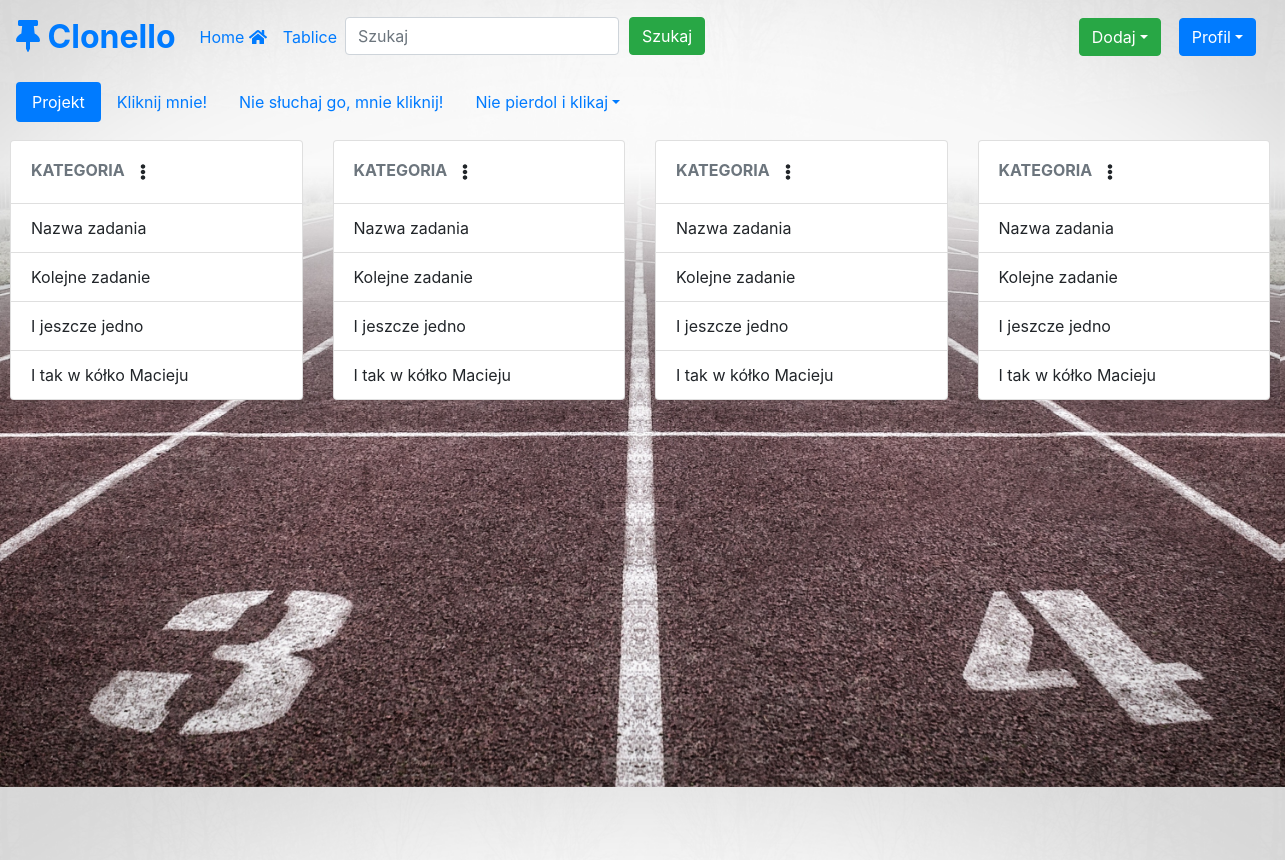
Repository: jnehlt/PAW-lab
Page: / (app in Frontend/clonello/)
An editor plug-in stored every save of this project. The page is shown before and after a run of saves, followed by the edit.
The browser window is 1280 px wide. The page is 1285 px wide, so the pictures cover 1285 px, including what lies to the right of the window. The pictures show the whole page.
The project was rebuilt for these pictures with package versions that can differ from the ones it lists, and the page was loaded fresh each time.

Above is the page before, as saved 2020-04-24 23:15:01.

After the next 2 saves:
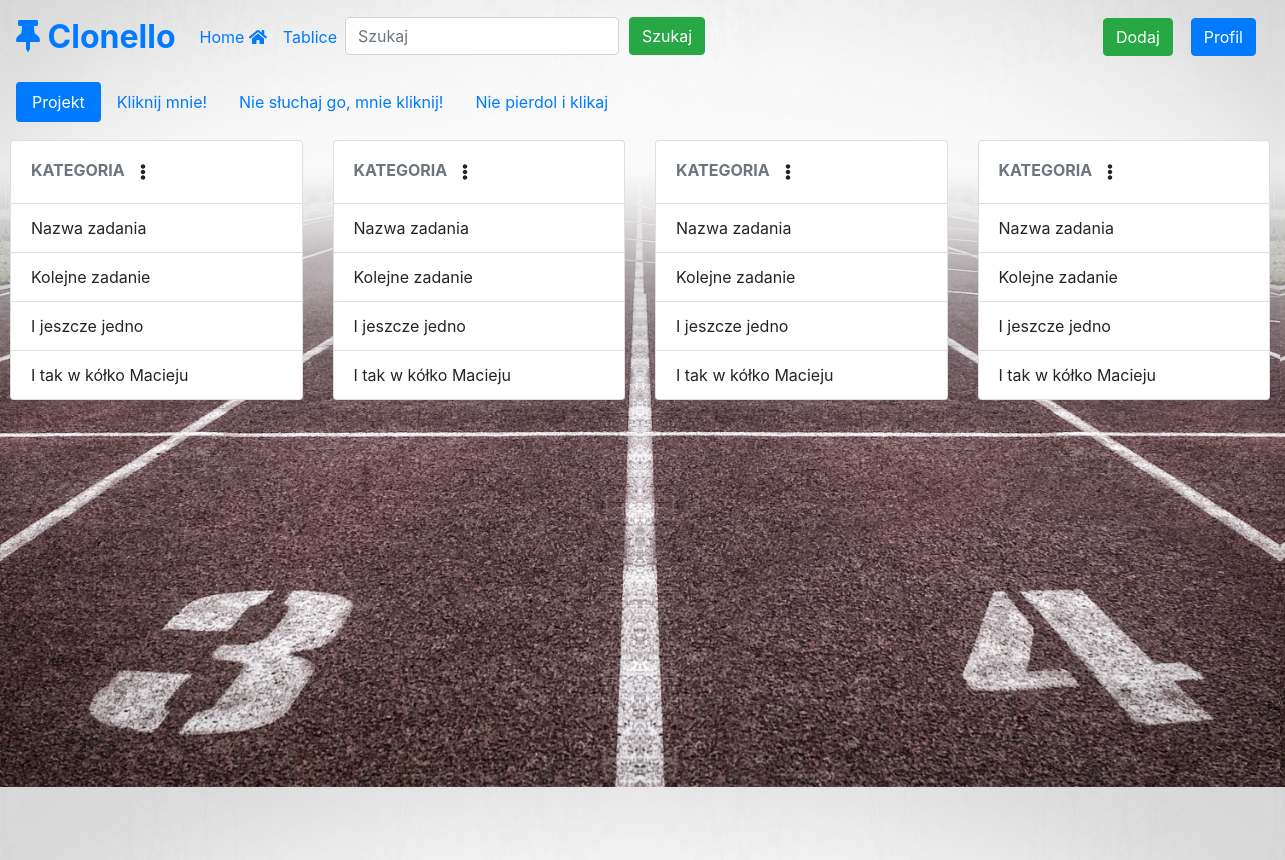
The 2 saves are shown as one change because they came seconds apart.
The last was saved 80 s later.
--- a/Frontend/clonello/src/components/ProjectHeader.vue
+++ b/Frontend/clonello/src/components/ProjectHeader.vue
@@ -43,4 +43,8 @@
 .navbar-toggler {
     background-color: #4e555b;
 }
+
+.dropdown-toggle::after {
+    display: none;
+}
 </style>

After the 4 saves that followed:
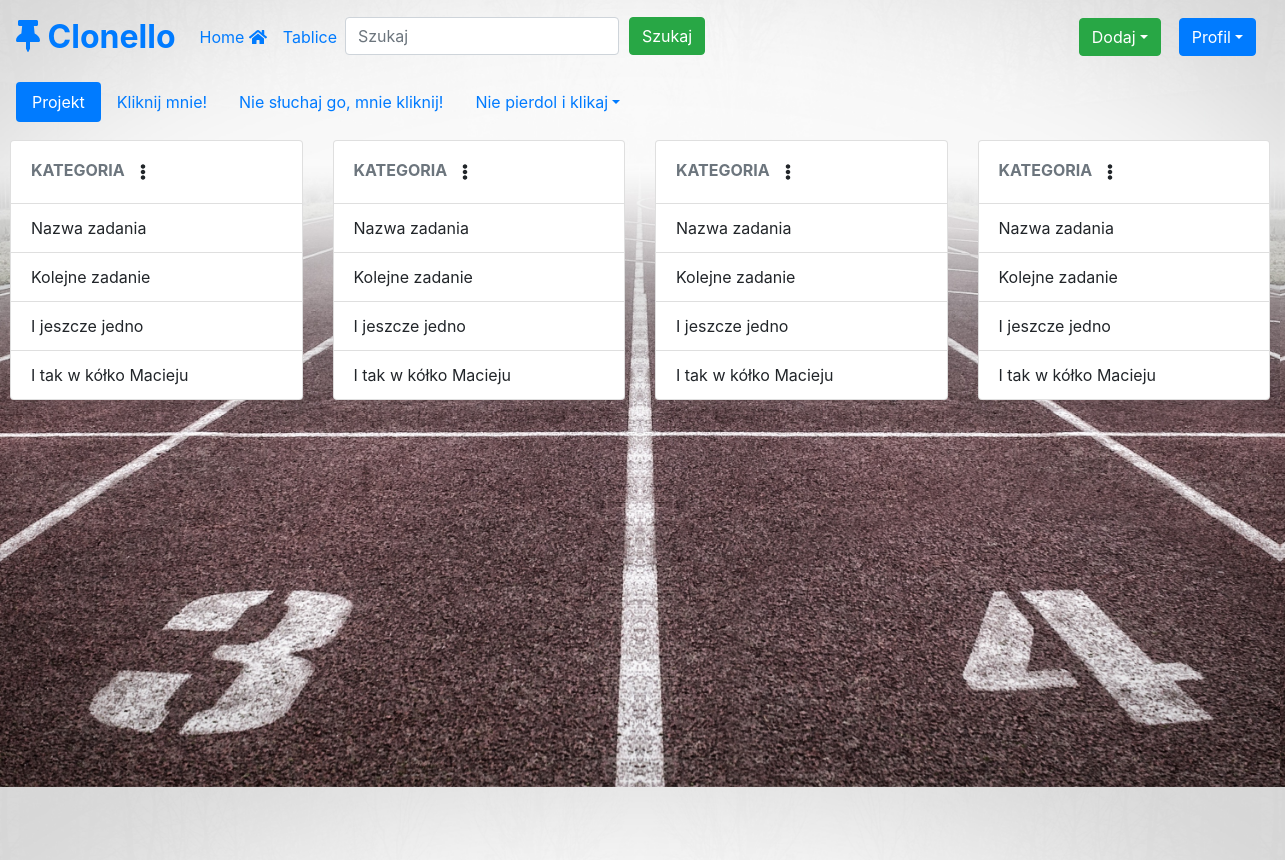
The 4 saves are shown as one change because 2 left the picture as it was and some came seconds apart.
The last was saved 69 s later.
--- a/Frontend/clonello/src/components/ProjectHeader.vue
+++ b/Frontend/clonello/src/components/ProjectHeader.vue
@@ -44,7 +44,4 @@
     background-color: #4e555b;
 }
 
-.dropdown-toggle::after {
-    display: none;
-}
 </style>
